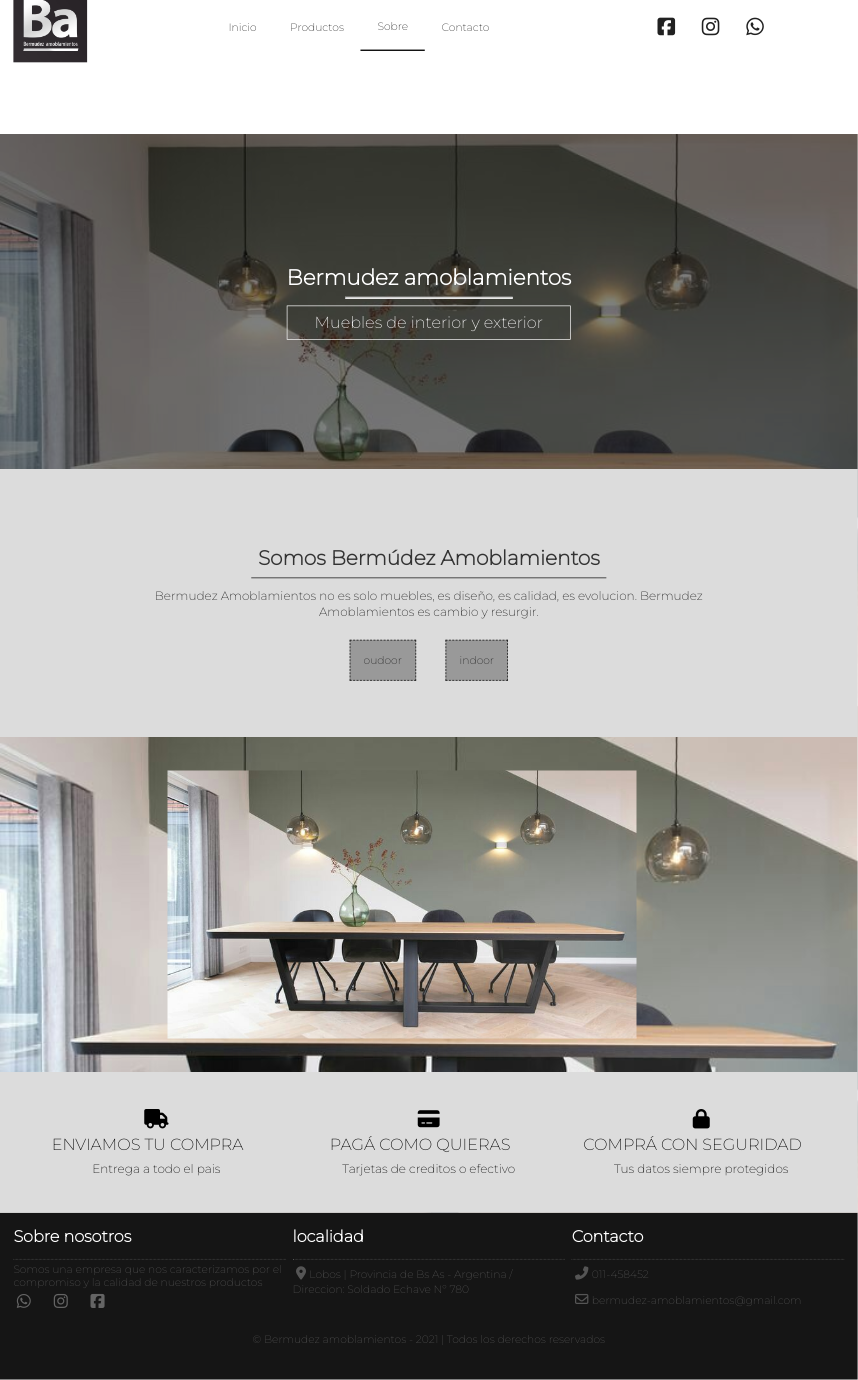
Repository: DamianBermudez94/Bermudez-amoblamientos
Page: index.html
An editor plug-in stored every save of this project. The page is shown before and after the next save, followed by the edit.
The browser window is 1280 px wide. The pictures show the whole page, at 67% of full size.
Backgrounds fixed to the window are drawn as part of the page. Some web libraries are served in a nearby version.

Above is the page before, as saved 2022-09-22 18:32:59.

After the next save:
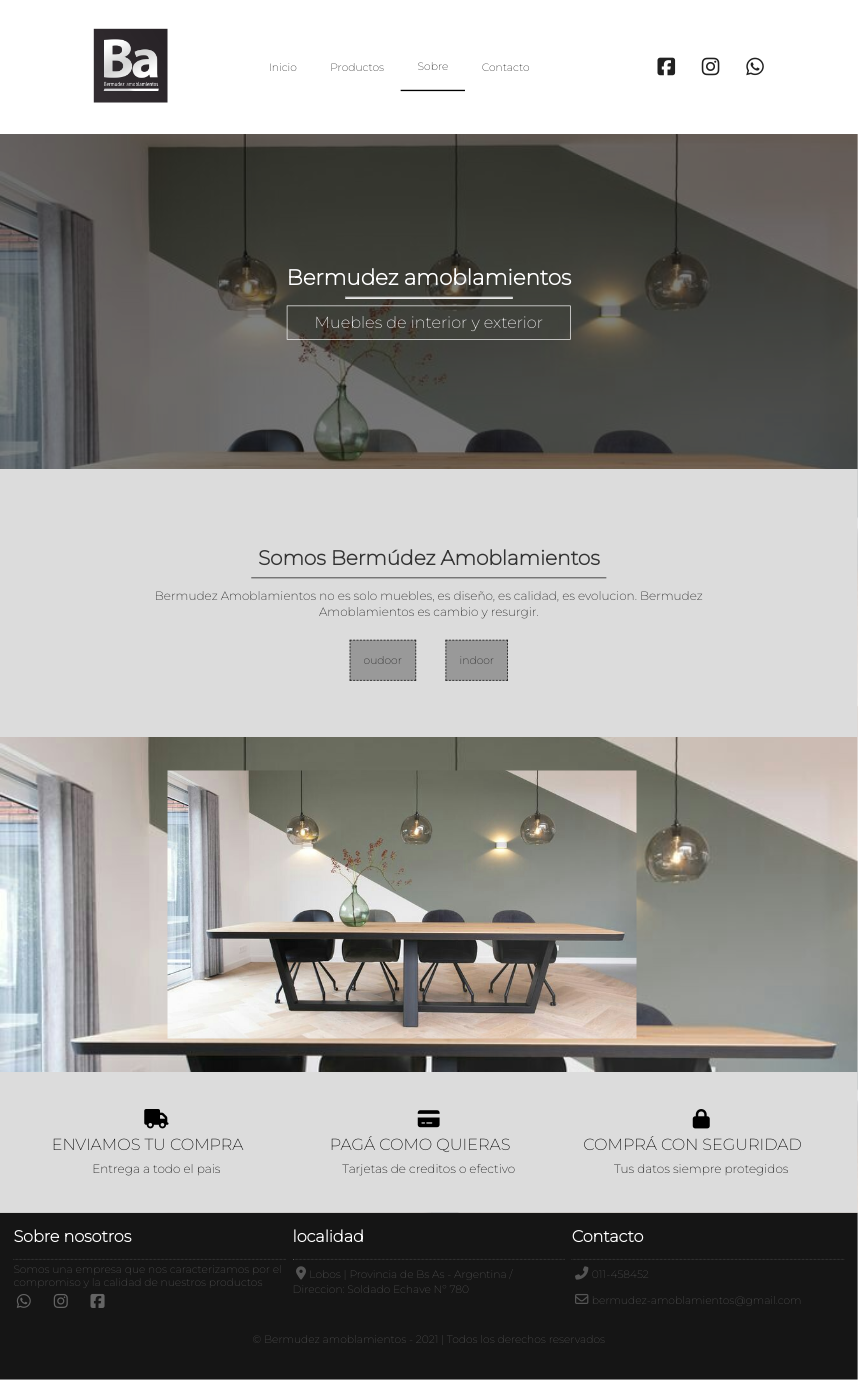
Saved 6 s later.
--- a/header/header.css
+++ b/header/header.css
@@ -214,7 +214,7 @@
     display: flex;
     align-items: center;
     justify-content: space-between;
-    padding: 0 120px 120px 0;
+    padding: 0 120px 0;
 
 
   }
